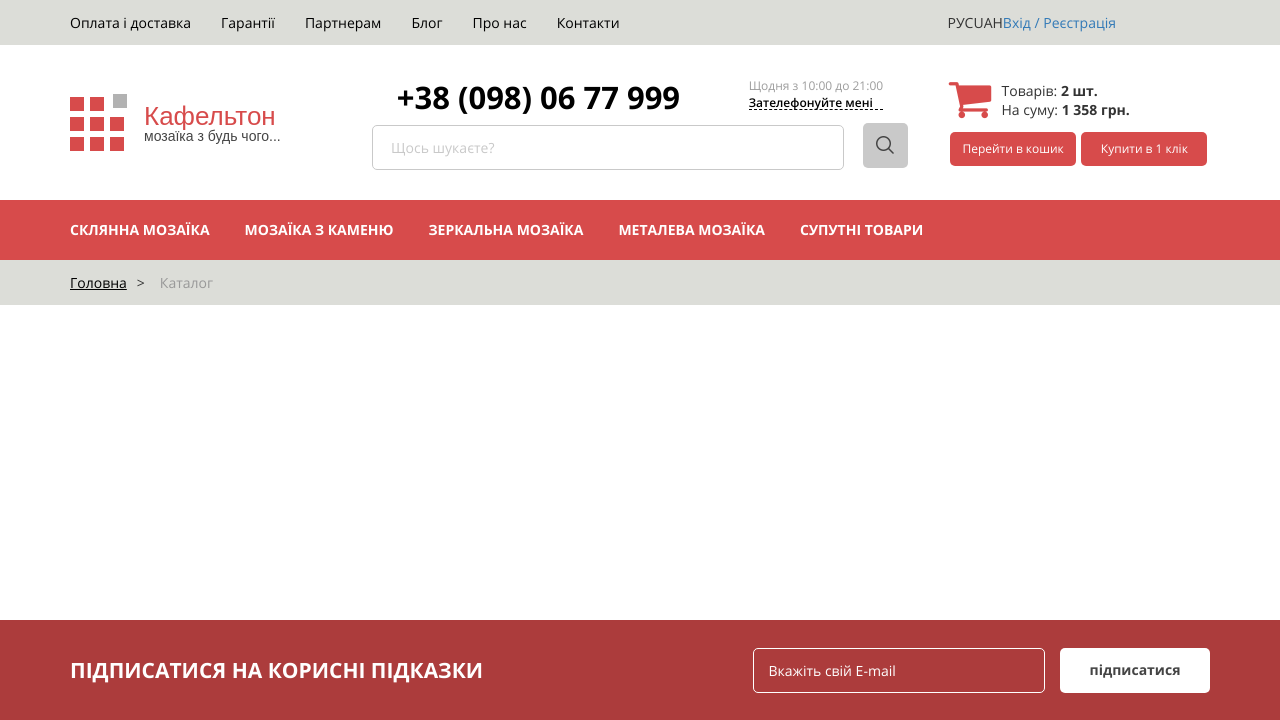
Repository: zellenka/mozaika
Page: app/index.html
These files come from the project's save history. The page is drawn as it stood at one moment and after the next save; the edit follows.
The browser window is 1280 px wide. The pictures show the whole page.
Some web fonts or font styles are not loaded; a fallback is used. The style sheet was rebuilt from its Sass, Less or Tailwind sources for each picture, by a compiler version that may differ from the author's.

Above is the page before, as saved 2018-07-13 16:06:27.
Console error (its wording comes from the project's code and is left out).

### app/index.html
<!DOCTYPE html>
<html lang="en">
<head>
	<meta charset="UTF-8">
	<meta name="viewport" content="width=device-width, initial-scale=1.0">
	<title>Mozaika</title>
	<link rel="stylesheet" href="https://maxcdn.bootstrapcdn.com/bootstrap/3.3.7/css/bootstrap.min.css" integrity="sha384-BVYiiSIFeK1dGmJRAkycuHAHRg32OmUcww7on3RYdg4Va+PmSTsz/K68vbdEjh4u" crossorigin="anonymous">
	<link rel="stylesheet" href="/libs/normalize.css">
	<link rel="stylesheet" href="/css/libs.min.css">
	<link rel="stylesheet" href="/css/main.css">
</head>
<body>
	<header class="header">
		<div class="header__top">
			<div class="container">
				<div class="row">
					<div class="col-md-9">
						<ul class="header__top-nav">
							<li class="header__top-nav-item"><a href="/">Оплата і доставка</a></li>
							<li class="header__top-nav-item"><a href="/">Гарантії</a></li>
							<li class="header__top-nav-item"><a href="/">Партнерам</a></li>
							<li class="header__top-nav-item"><a href="/">Блог</a></li>
							<li class="header__top-nav-item"><a href="/">Про нас</a></li>
							<li class="header__top-nav-item"><a href="/">Контакти</a></li>
						</ul>
					</div>
					<div class="col-md-3">
						<ul class="header__top-enter-menu">
							<li>РУС</li>
							<li>UAH</li>
							<li><a href="/">Вхід / Реєстрація</a></li>
						</ul>
					</div>
				</div>
			</div>
		</div>
		<div class="header__middle">
			<div class="container">
				<div class="row header__middle-row">
					<a href="" class="col-md-3 header__middle-logo">
						<img src="/img/logo.png" alt="" class="header__middle-logo-img">
						<div>
								<p class="header__middle-logo-text">Кафельтон</p>
								<p class="header__middle-logo-slogan">мозаїка з будь чого...</p>
						</div>
					</a>
					<div class="col-md-6 header__middle-search">
						<div class="header__middle-search_block">
								<a href="tel:+380980677999" class="header__middle-search-phone">+38 (098) 06 77 999</a>
								<div class="header__middle-search-block">
									<p class="header__middle-search-time">Щодня з 10:00 до 21:00</p>
									<p class="header__middle-search-modal">Зателефонуйте мені</p>
								</div>
						</div>
						<div class="header__middle-search_block">
							<input type="text" class="header__middle-search_block-input" placeholder="Щось шукаєте?">
							<button type="button" class="header__middle-search_block-button"><img src="/img/icon.png" alt=""></button>
						</div>

					</div>
					<div class="col-md-3 header__middle-basket">
						<div class="header__middle-basket-top">
							<img src="/img/cart.png" alt="">
							<div class="header__middle-basket-info">
									<p>Товарів: <span class="header__middle-basket-info_bold">2</span> <span class="header__middle-basket-info_bold">шт.</span></p>
									<p>На суму: <span class="header__middle-basket-info_bold">1 358</span> <span class="header__middle-basket-info_bold">грн.</span></p>
							</div>
						</div>
						<div class="header__middle-basket-bottom">
							<a class="header__middle-basket-bottom-button header___red-button">Перейти в кошик</a>
							<a class="header__middle-basket-bottom-button header___red-button">Купити в 1 клік</a>
						</div>
					</div>
				</div>
			</div>
		</div>
		<div class="menu-block">
			<div class="container">
				<div class="row">
					<div class="col-md-12">
							<ul class="menu-block">
									<li class="menu-block__item">
										<a href="">СКЛЯНнА МОЗАЇКА</a>
									</li>
									<li class="menu-block__item"><a href="">МОЗАЇКА з каменю</a></li>
									<li class="menu-block__item"><a href="">зеркальна МОЗАЇКА </a></li>
									<li class="menu-block__item"><a href="">металева МОЗАЇКА</a></li>
									<li class="menu-block__item"><a href="">СУПУТНІ ТОВАРИ</a></li>
								</ul>
					</div>
				</div>
			</div>
		</div>
		<div class="breadcrumbs-block">
			<div class="container">
				<div class="row">
					<div class="col-lg-12">
							<ul class="breadcrumbs-block__list">
									<li class="breadcrumbs-block__item breadcrumbs-block__item_not-active"><a href="">Головна</a></li>
									<li class="breadcrumbs-block__item breadcrumbs-block__item_active"><a href="">Каталог</a></li>
								</ul>
					</div>
				</div>
			</div>
		</div>
	</header>
	<div class="main">

	</div>
	<footer class="footer">
		<div class="subscribe-block">
			<div class="container">
				<div class="row subscribe-block-row">
					<div class="col-md-5">
						<p class="subscribe-block__text">ПІДПИСАТИСЯ НА КОРИСНІ ПІДКАЗКИ</p>
					</div>
					<div class="col-md-5 col-md-offset-2">
						<form action="" class="subscribe-block__form">
							<input type="email" placeholder="Вкажіть свій E-mail" class="subscribe-block__input">
							<button type="submit" class="subscribe-block__button">підписатися</button>
						</form>
					</div>
				</div>
			</div>
		</div>
	</footer>





	<script src="https://maxcdn.bootstrapcdn.com/bootstrap/3.3.7/js/bootstrap.min.js" integrity="sha384-Tc5IQib027qvyjSMfHjOMaLkfuWVxZxUPnCJA7l2mCWNIpG9mGCD8wGNIcPD7Txa" crossorigin="anonymous"></script>
	<script src="js/libs.min.js"></script>
	<script src="js/common.js"></script>

</body>
</html>

### app/sass/libs.sass
@import "app/libs/magnific-popup/dist/magnific-popup.css" // Импортируем библиотеку Magnific Popup. Теперь обязательно указывается расширение .css
@import "app/libs/normalize.css"

### app/sass/main.sass
@font-face
  font-family: 'Raleway-ExtraBold'
  src: url('/fonts/11843.woff')

@font-face
  font-family: 'Raleway-Regular'
  src: url('/fonts/11851.woff')

@font-face
  font-family: 'Open-Sans-Bold'
  src: url('/fonts/2204.ttf')

@font-face
  font-family: 'Open-Sans-Semibold'
  src: url('/fonts/2212.ttf')

@font-face
  font-family: 'Open-Sans'
  src: url('/fonts/2211.ttf')

$main: #d74b4b

html
    min-height: 100%
    height: 100%

body
    font-family: Open-Sans
    min-height: 100%
    position: relative

.main
    min-height: 100%

ul
    list-style: none

.header__top
    width: 100%
    background: #dcddd8
    height: 45px

.header__top-nav, .header__top-enter-menu
    display: flex
    width: 100%
    height: 45px
    align-items: center
    padding: 0
    margin: 0
    line-height: 1

.header__top-nav-item
    margin-right: 30px
    a
        color: black

.header__middle
    padding: 30px 0
    background: #fff

.header__middle-row
    display: flex
    align-items: center

.header__middle-logo
    display: flex
    align-items: center
    &:hover
        text-decoration: none

.header__middle-logo-img
    width: 57px
    height: 57px
    margin-right: 17px

.header__middle-logo-text
    font-family: Raleway-ExtraBold, sans-serif
    font-size: 26px
    color: $main
    line-height: 1
    margin: 0

.header__middle-logo-slogan
    line-height: 1
    font-family: Raleway-Regular, sans-serif
    font-size: 14px
    color: #444444
    margin: 0

.header__middle-search_block
    display: flex
    width: 100%
    justify-content: space-around
    align-items: center

.header__middle-search-phone
    font-family: Open-Sans-Bold
    font-size: 31px
    color: #000
    &:hover

.header__middle-search-block
    line-height: 1

.header__middle-search-time
    color: #9d9d9d
    font-size: 12px
    font-family: Open-Sans
    margin: 5px 0

.header__middle-search-modal
    font-family: Open-Sans-Semibold
    color: black
    font-size: 12px
    border-bottom: 1px dashed black
    &:hover
        cursor: pointer

.header__middle-search_block-input
    width: 85%
    border-radius: 5px
    border: 1px solid #c9c9c9
    height: 45px
    padding-left: 18px
    margin-top: 5px
    &::placeholder
        color: #c9c9c9

.header__middle-search_block-button
    width: 45px
    height: 45px
    display: flex
    justify-content: center
    align-items: center
    border-radius: 5px
    background: #c9c9c9
    border: none
    padding: 0
    margin: 0

.header__middle-basket-top
    display: flex
    width: 100%
    align-items: center

.header__middle-basket-info
    line-height: 1
    font-family: Open-Sans
    p
        margin: 0

.header__middle-basket-info_bold
    font-family: Open-Sans-Bold

.header__middle-basket-bottom
    display: flex
    justify-content: space-around

.header__middle-basket-bottom-button
    font-size: 12px
    width: 48%

.header___red-button
    color: #fff
    background: rgb(215, 75, 75)
    border-radius: 5px
    height: 34px
    display: flex
    justify-content: center
    text-align: center
    align-items: center
    line-height: 1
    padding: 0 5px

.header__middle-basket-top
    margin-bottom: 10px

.header__middle-basket-info
    margin-left: 10px
    p
        margin: 5px 0

.menu-block
    background: $main
    width: 100%

.menu-block
    height: 60px
    display: flex
    width: 100%
    align-items: center
    margin: 0
    padding: 0

.menu-block__item
    margin-right: 35px
    a
        color: #fff
        font-family: Open-Sans-Bold
        font-size: 14px
        text-transform: uppercase

.breadcrumbs-block
    width: 100%
    background: #dcddd8

.breadcrumbs-block__list
    display: flex
    width: 100%
    padding: 0
    margin: 0
    height: 45px
    align-items: center
    justify-content: flex-start

.breadcrumbs-block__item_not-active
    margin-right: 15px
    a
        color: #000
        text-decoration: underline
    &::after
        content: "> "
        margin-left: 10px

.breadcrumbs-block__item_active
    a
        color: #999999
        &:hover
            cursor: default
            pointer-events: none
            cursor: default
            text-decoration: none

.footer
    position: absolute
    bottom: 0
    right: 0
    left: 0
    background: #dcddd8

.subscribe-block
    width: 100%
    background: #ac3c3c

.subscribe-block-row
    height: 100px
    display: flex
    align-items: center

.subscribe-block__text
    margin: 0
    text-align: left
    color: #fff
    font-family: Open-Sans-Bold
    font-size: 21px

.subscribe-block__form
    display: flex
    width: 100%
    justify-content: space-between

.subscribe-block__input
    width: 80%
    border: 1px solid #fff
    border-radius: 5px
    background: #ac3c3c
    color: #fff
    height: 45px
    padding-left: 15px
    margin-right: 15px
    &::placeholder
        color: #fff

.subscribe-block__button
    border-radius: 5px
    background: #fff
    color: #444444
    font-family: Open-Sans-Bold
    font-size: 14px
    border: none
    min-width: 150px
    height: 45px

Loaded but not shown: app/libs/normalize.css (library); app/js/libs.min.js (library); app/js/common.js (common file); app/libs/magnific-popup/dist/magnific-popup.css (library)

After the next save:
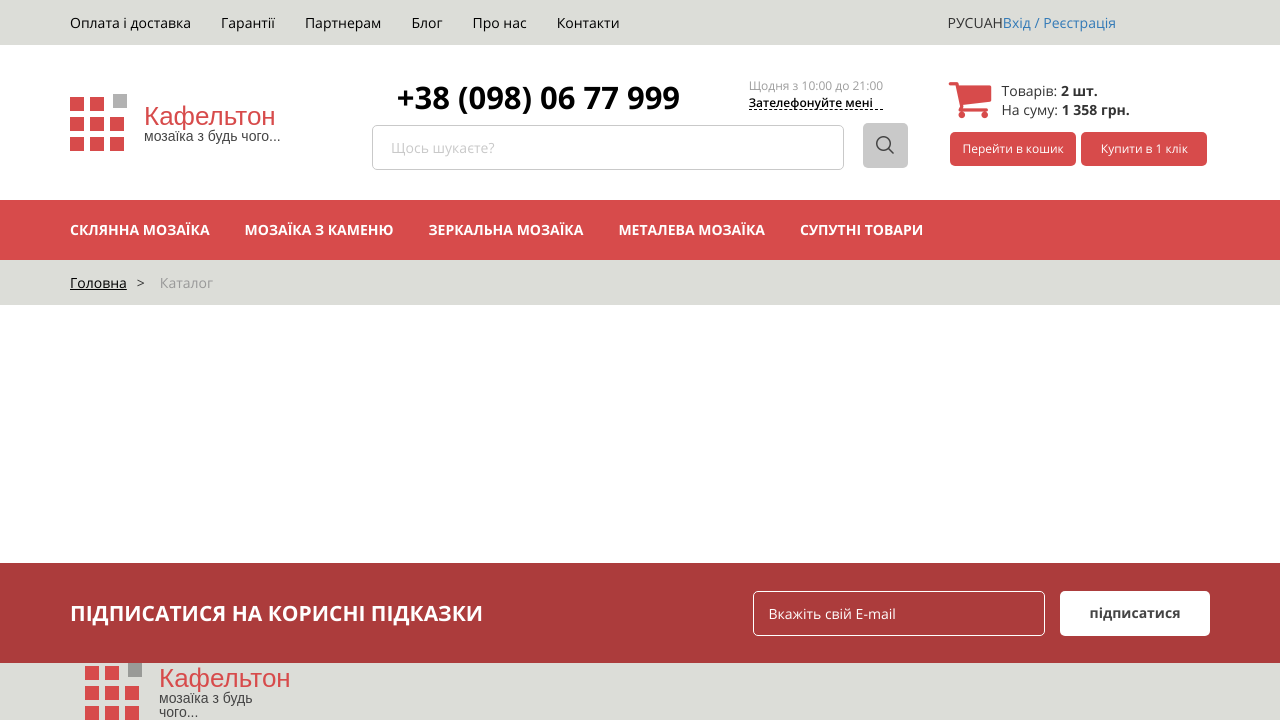
Saved 88 s later.
--- a/app/index.html
+++ b/app/index.html
@@ -123,6 +123,22 @@
 				</div>
 			</div>
 		</div>
+		<div class="footer-block container">
+			<div class="row">
+				<div class="col-md-3">
+						<a href="" class="col-md-3 header__middle-logo">
+								<img src="/img/logo.png" alt="" class="header__middle-logo-img">
+								<div>
+										<p class="header__middle-logo-text">Кафельтон</p>
+										<p class="header__middle-logo-slogan">мозаїка з будь чого...</p>
+								</div>
+							</a>
+				</div>
+				<div class="col-md-3"></div>
+				<div class="col-md-3"></div>
+				<div class="col-md-3"></div>
+			</div>
+		</div>
 	</footer>
 
 
